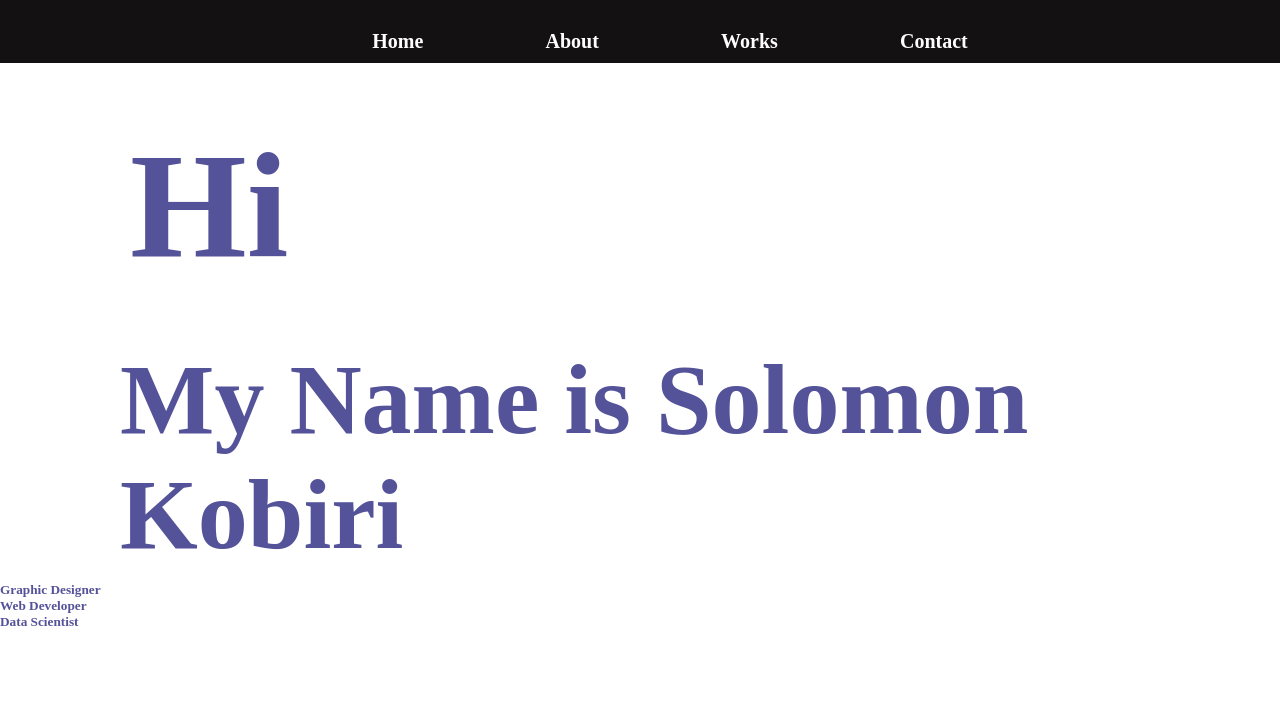
Repository: Kwabena-Kobiri/yellocoders
Page: index.html
An editor plug-in stored every save of this project. The page is shown before and after the next save, followed by the edit.
The browser window is 1280 px wide. The pictures show the whole page.

Above is the page before, as saved 2021-05-05 22:31:50.

### index.html
<!DOCTYPE html>
<html lang="en">
<head>
    <meta charset="UTF-8">
    <meta http-equiv="X-UA-Compatible" content="IE=edge">
    <meta name="viewport" content="width=device-width, initial-scale=1.0">
    <link rel="stylesheet" href="index.css" />
    <title>Y'ello</title>
</head>
<body>
    <!-- HEADER COMPONENT STARTS HERE -->
    <header id="header">
        <nav id="nav">
            <ul>
                <li>Home</li>
                <li>About</li>
                <li>Works</li>
                <li>Contact</li>
            </ul>
        </nav>
    </header>
    <!-- HEADER COMPONENT ENDS HERE -->


    <!-- LANDING PAGE STARTS HERE  -->
    <section id="LandingPage">
        <div class="Details">
            <h1>Hi</h1>
            <h3>My Name is Solomon Kobiri</h3>
        </div>
        <div class="Skills">
            <h5>Graphic Designer</h5>
            <h5>Web Developer</h5>
            <h5>Data Scientist</h5>
        </div>
    </section>
    <!-- LANDING PAGE ENDS HERE -->
</body>
</html>

### index.css
* {
    /* background-color: red; */
    margin: 0px;
}

/* HEADER STYLING STARTS HERE */
#header {
    background-color: rgba(19, 17, 17, 1);
    justify-content: center;
    padding: 10px;
    width: 100%;
    position: fixed;
    z-index: 999;
    color: white;
}

#nav {
    margin: 20px 200px 0px 200px;
    /* background-color: blue; */
}

#nav > ul {
    display: flex;
    flex-direction: row;
    justify-content: space-evenly;
    list-style: none;
}

#nav > ul > li {
    text-decoration: none;
    font-size: 20px;
    font-weight: 550;
}

/* HEADER STYLING ENDS HERE */


/* LANDING PAGE STYLING STARTS HERE */
#LandingPage {
    position: absolute;
    width: 100%;
    z-index: 0;
    color: rgba(32, 30, 122, 0.767);
    /* background-color: red; */
}

.Details {
    margin-top: 100px;
    margin-left: 100px;
    /* background-color: aqua; */
}

.Details > h1 {
    margin: 50px 0px 20px 10px;
    font-size: 150px;
    padding: 20px;
}

.Details > h3 {
    margin-left: 10px;
    font-size: 100px;
    padding: 10px;
    justify-content: center;
}

.Skills {

}

/* LANDING PAGE STYLING ENDS HERE */

After the next save:
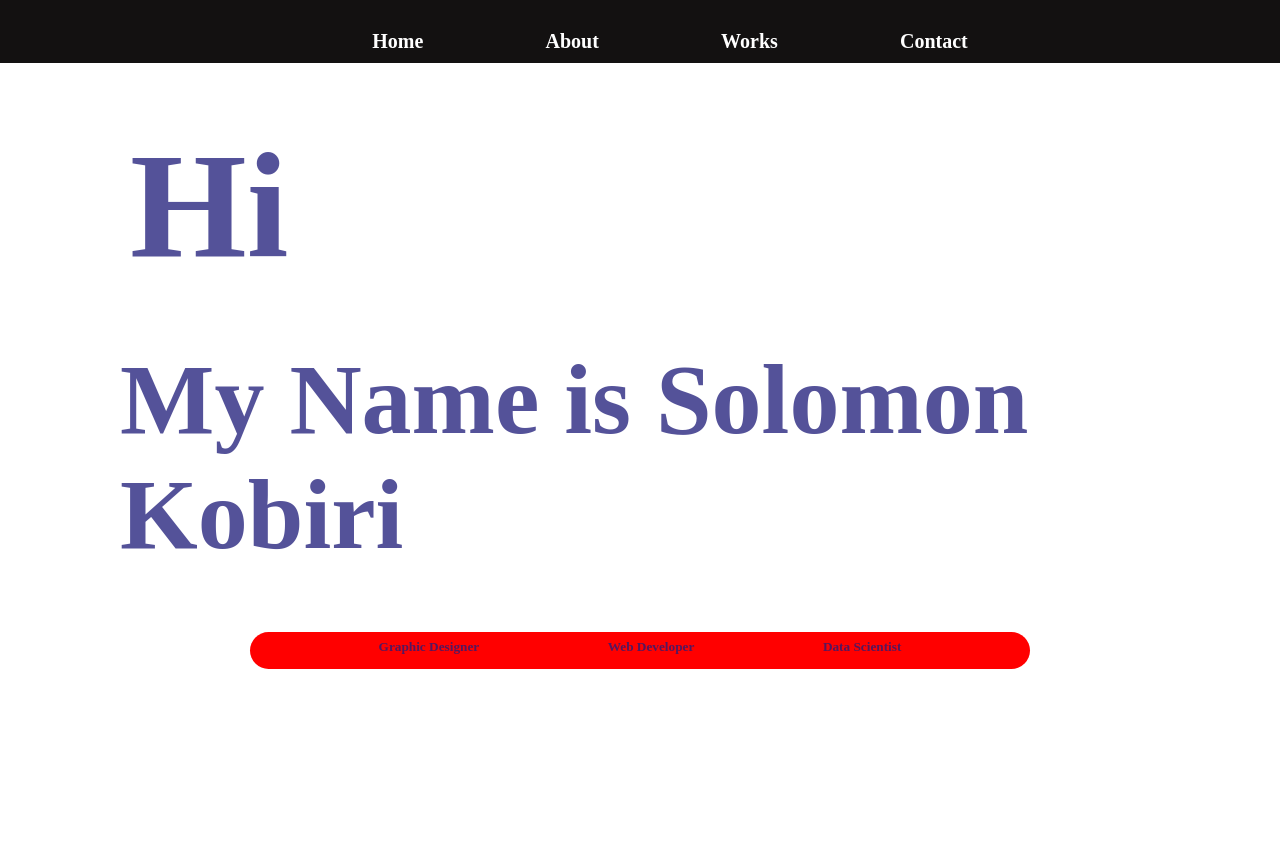
Saved 3 min 6 s later.
--- a/index.css
+++ b/index.css
@@ -64,7 +64,14 @@
 }
 
 .Skills {
-
+    background-color: red;
+    margin: 50px 250px 180px 250px;
+    display: flex;
+    flex-direction: row;
+    justify-content: space-evenly;
+    height: 30px;
+    padding-top: 7px;
+    border-radius: 20px;
 }
 
 /* LANDING PAGE STYLING ENDS HERE */
